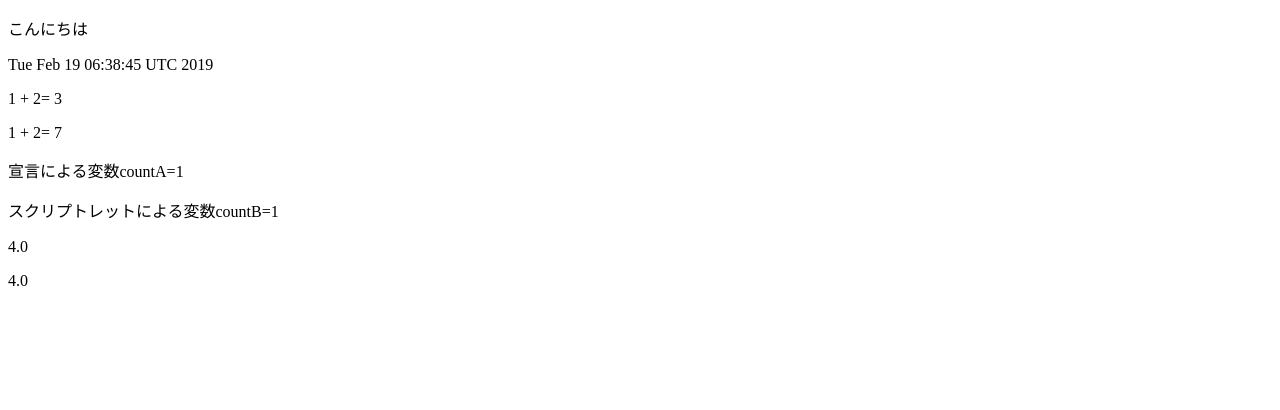
Repository: ryousukefujita-0423/test
Page: http://localhost/HelloJSP/
An editor plug-in stored every save of this project. The page is shown before and after the next save, followed by the edit.
The browser window is 1280 px wide. The pictures show the whole page.
The page is served by Tomcat 9.

Above is the page before, as saved 2019-02-19 07:38:22.

After the next save:
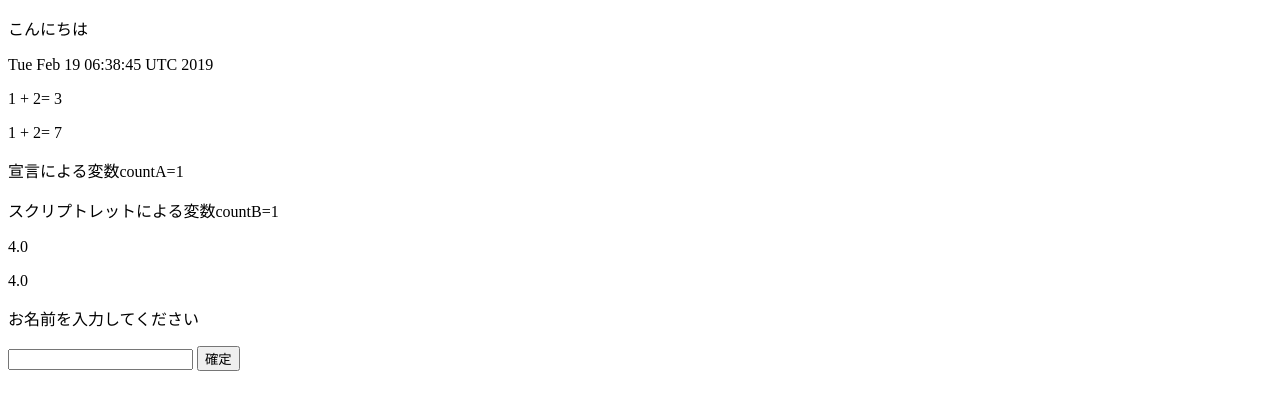
Saved 3 min 27 s later.
--- a/HelloJSP/WebContent/index.jsp
+++ b/HelloJSP/WebContent/index.jsp
@@ -44,5 +44,11 @@
 
 	<p><%=Math.floor(Math.floor(Math.random() * 5) + 1)%></p>
 
+	<p>お名前を入力してください</p>
+	<form method="post" action="greeting-out.jsp">
+		<input type="text" name="user"> <input type="submit"
+			value="確定">
+	</form>
+
 </body>
 </html>
